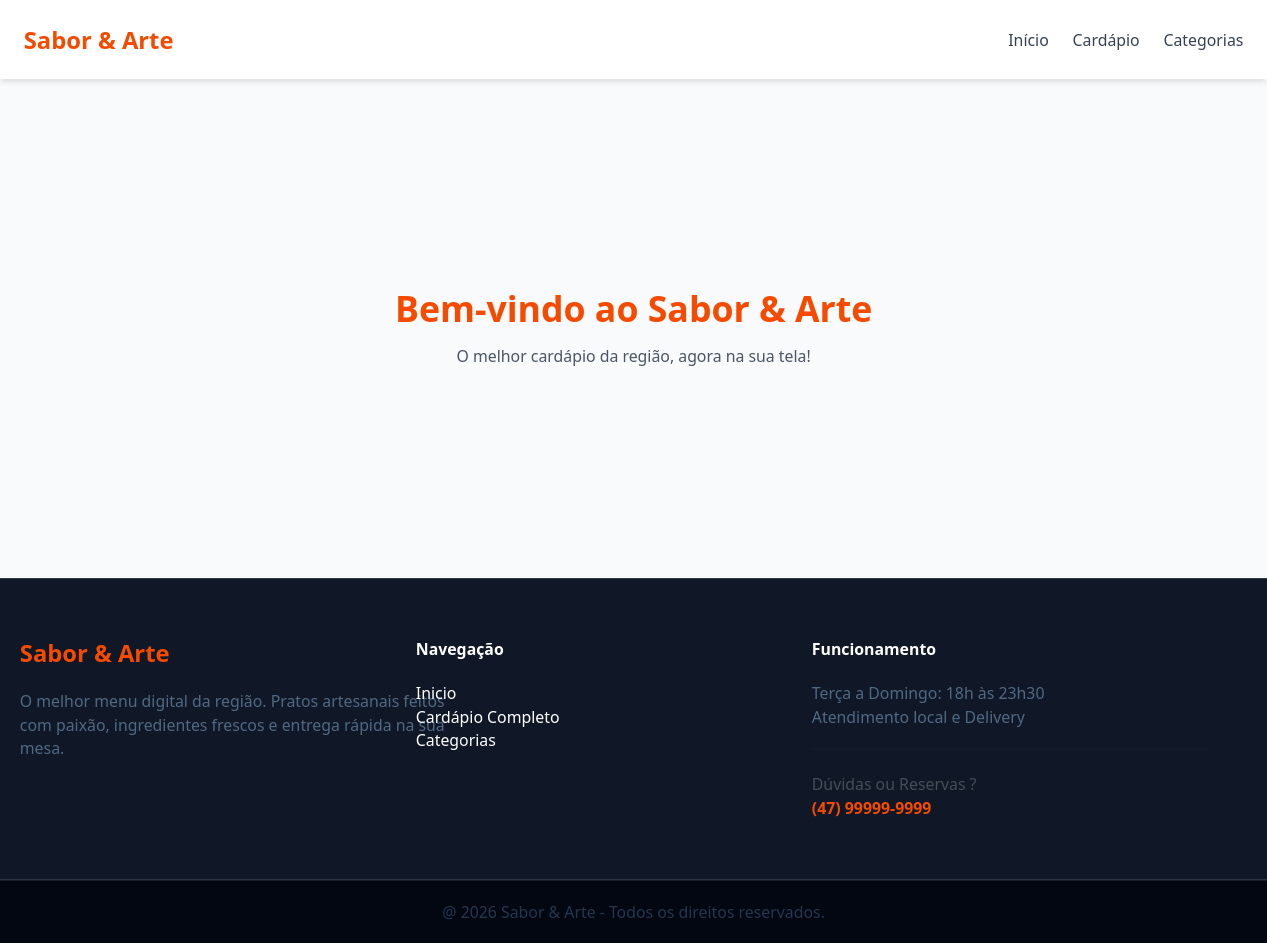
Repository: DiegoWWeege/pair-programming-next-js
Page: / (app in next-js-project/)
An editor plug-in stored every save of this project. The page is shown before and after the next save, followed by the edit.
The browser window is 1280 px wide. The pictures show the whole page, at 99% of full size.
The project was rebuilt for these pictures with package versions that can differ from the ones it lists, and the page was loaded fresh each time. The framework's server and built-in components were replaced by stand-ins that run in the browser. Also part of the build but not shown: next-js-project/next.config.ts.

Above is the page before, as saved 2026-09-18 19:01:53.

After the next save:
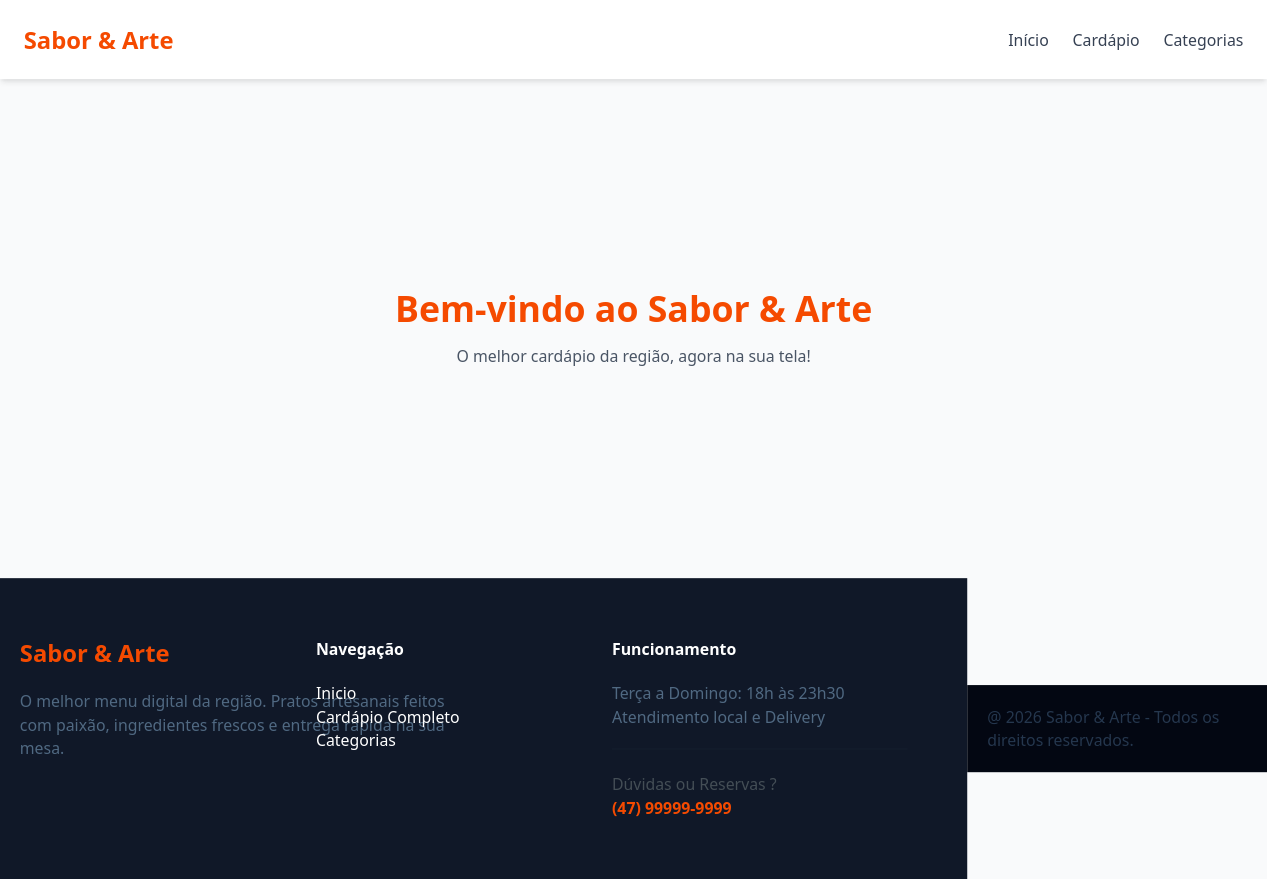
Saved 5 s later.
--- a/next-js-project/src/components/Footer.tsx
+++ b/next-js-project/src/components/Footer.tsx
@@ -4,7 +4,7 @@
 
     return(
 
-        <footer className="">
+        <footer className="flex items-center ">
            <div className="grid grid-cols-3 bg pl-5 bg-[#101828] p-15">
                 <div>
                     <h2 className="font-bold text-orange-600 text-2xl mb-5 ">

After the 2 saves that followed:
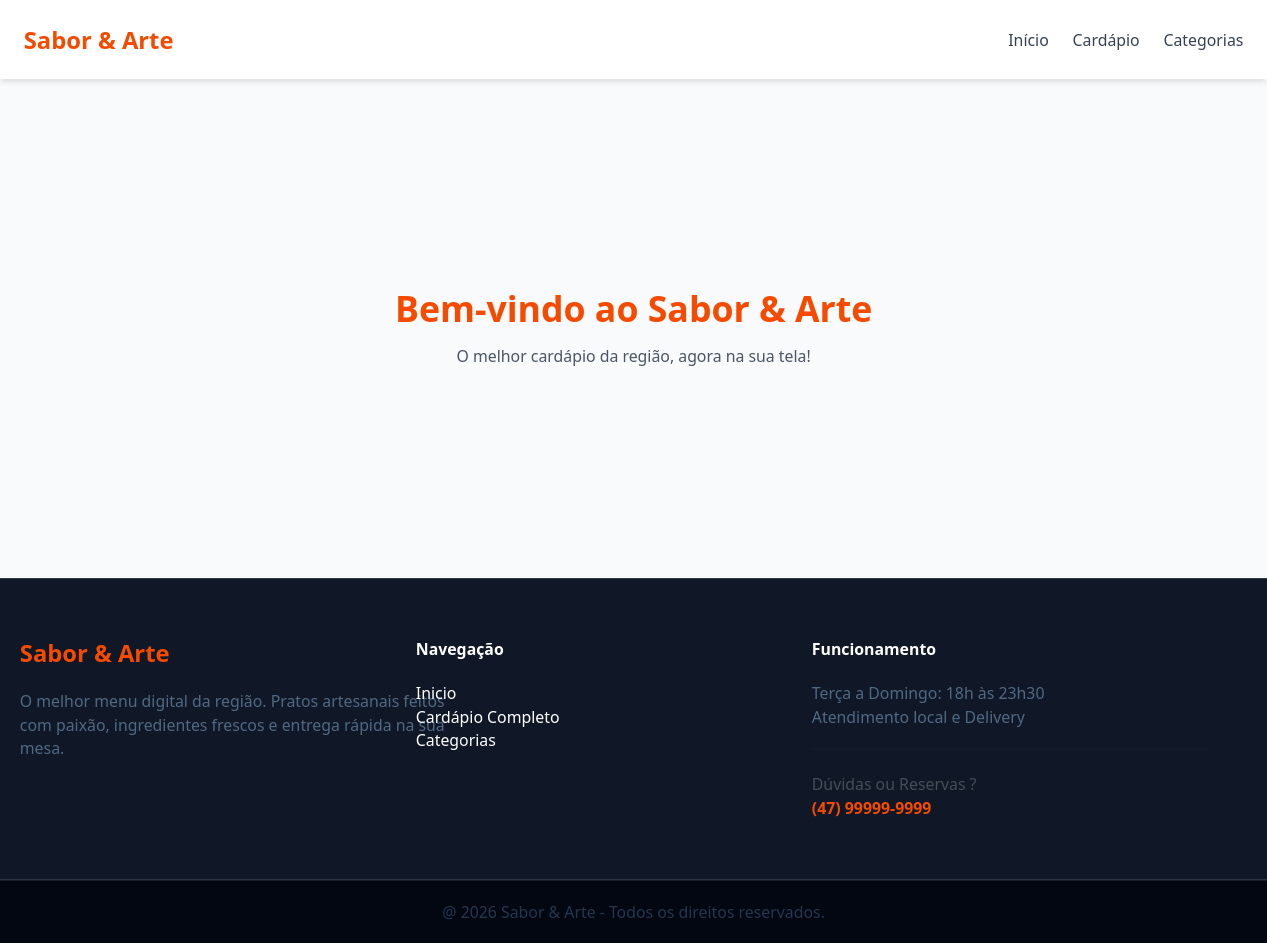
The 2 saves are shown as one change because 1 left the picture as it was.
The last was saved 17 s later.
--- a/next-js-project/src/components/Footer.tsx
+++ b/next-js-project/src/components/Footer.tsx
@@ -4,7 +4,7 @@
 
     return(
 
-        <footer className="flex items-center ">
+        <footer>
            <div className="grid grid-cols-3 bg pl-5 bg-[#101828] p-15">
                 <div>
                     <h2 className="font-bold text-orange-600 text-2xl mb-5 ">
